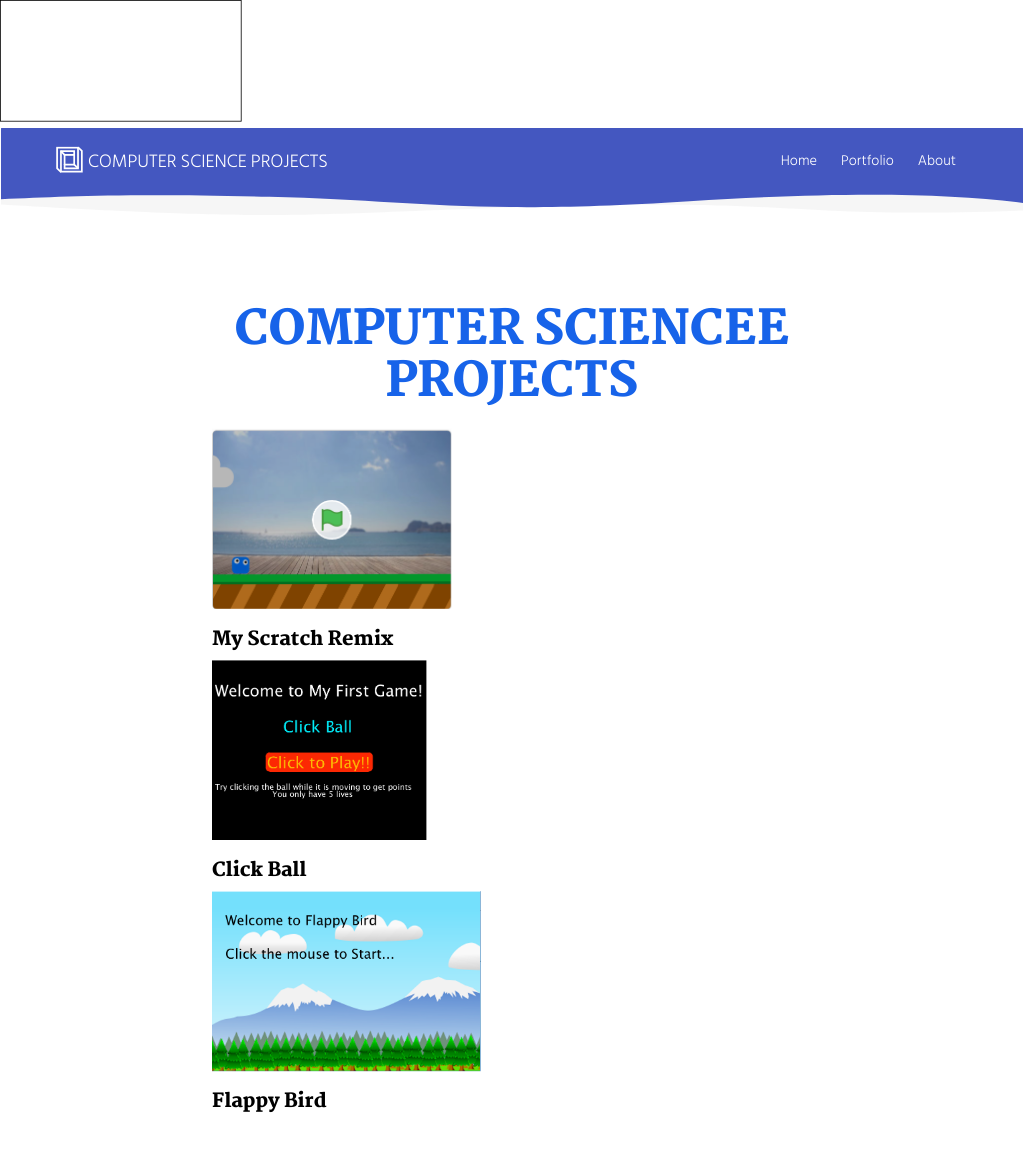
Repository: KevinBach02/KevinBach02.github.io
Page: Portfolio.html
The author's editor kept a record of every edit. The page is drawn from the files as they stood at one moment, then again after the next edit.
The browser window is 1280 px wide. The pictures show the whole page, at 80% of full size.

Above is the page before.

After the next edit:
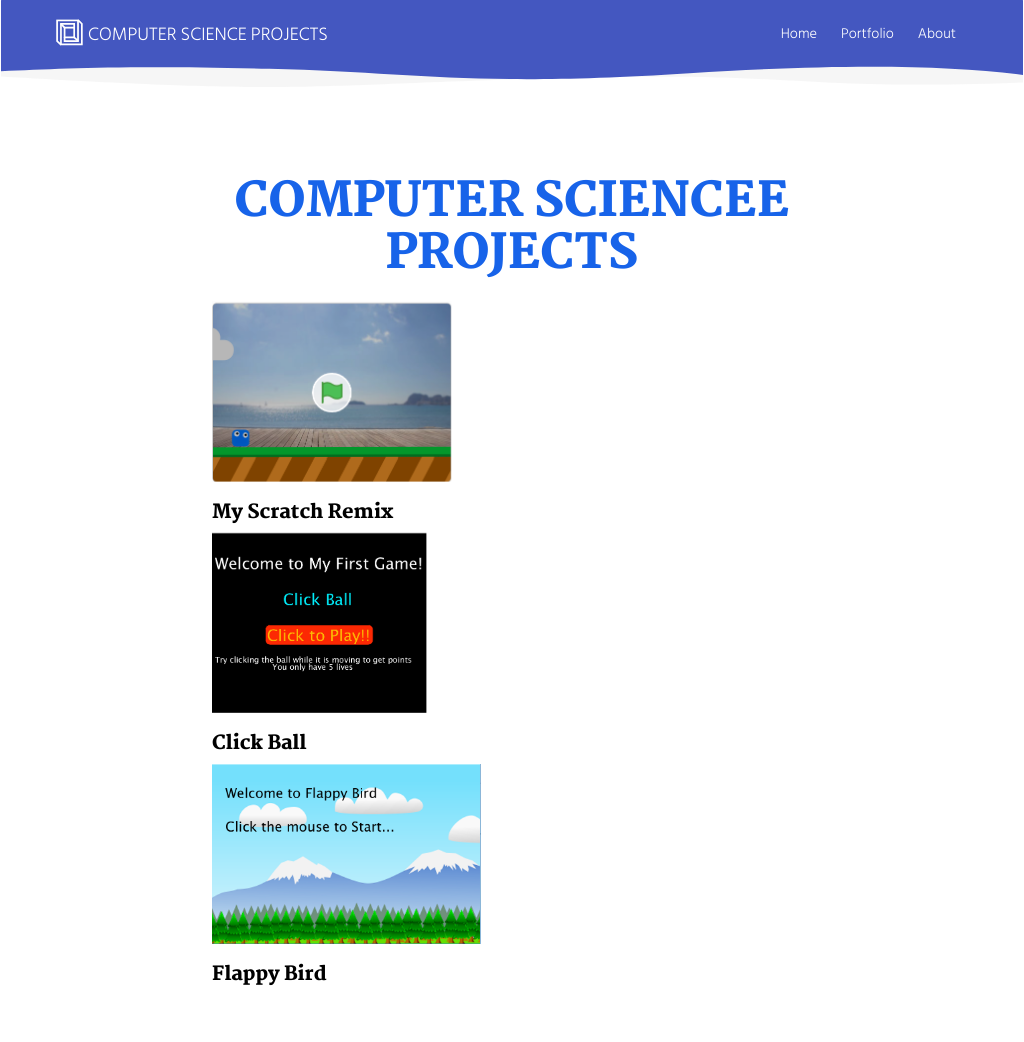
The edit:
--- a/Portfolio.html
+++ b/Portfolio.html
@@ -22,7 +22,6 @@
 </head>
 
 <body><!-- Add your content of header -->
-<canvas id="sketch" style="border: 1px solid black;"></canvas>
 
 <header>
   <nav class="navbar navbar-default active">
